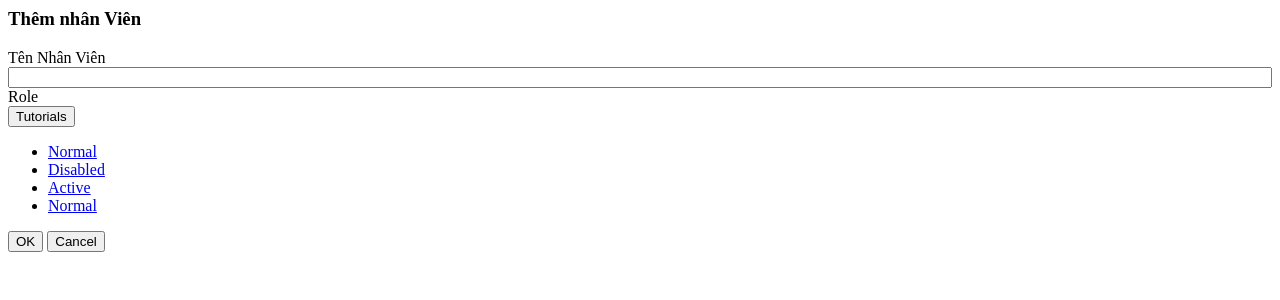
Repository: chickenoken/LuanAn
Page: http://localhost/net/quanLyNhanVienControl
An editor plug-in stored every save of this project. The page is shown before and after the next save, followed by the edit.
The browser window is 1280 px wide. The pictures show the whole page.
The page is served by Tomcat 9. Other server files are loaded and not shown.

Above is the page before, as saved 2019-06-17 09:40:52.

### net/src/main/webapp/WEB-INF/pages/quanLyNhanVienControl.jsp
<div class="modal-header">
  <h3>Thêm nhân Viên</h3>
</div>
<div class="modal-body">
  <div class="row">
    <div class="form-group">
      <div class="col-md-4"><span>Tên Nhân Viên</span></div>
      <div class="col-md-8"><input type="text" ng-model="model.form.control.tenNv" style="width : 100%"></div>
    </div>
  </div>

  <div class="row">
    <div class="form-group">
      <div class="col-md-4"><span>Role</span></div>
      <div class="col-md-8">
		  <div class="dropdown">
		    <button class="btn btn-default dropdown-toggle" type="button" data-toggle="dropdown">Tutorials
		    <span class="caret"></span></button>
		    <ul class="dropdown-menu">
		      <li><a href="#">Normal</a></li>
		      <li class="disabled"><a href="#">Disabled</a></li>
		      <li class="active"><a href="#">Active</a></li>
		      <li><a href="#">Normal</a></li>
		    </ul>
  </div>
      </div>
    </div>
  </div>

</div>
<div class="modal-footer">
    <button class="btn btn-primary" ng-click="ok()">OK</button>
    <button class="btn btn-warning" ng-click="cancel()">Cancel</button>
</div>

### net/src/main/java/org/planning/net/dto/LoginDto.java
package org.planning.net.dto;

import lombok.Getter;
import lombok.Setter;

@Getter
@Setter
public class LoginDto {

    private String maNhanVien;

    private String tenNhanVien;

    private String taiKhoan;

    private String matKhau;

	public String getTaiKhoan() {
        return taiKhoan;
    }

    public void setTaiKhoan(String taiKhoan) {
        this.taiKhoan = taiKhoan;
    }

    public String getMatKhau() {
        return matKhau;
    }

    public void setMatKhau(String matKhau) {
        this.matKhau = matKhau;
    }

    public String getMaNhanVien() {
		return maNhanVien;
	}

	public void setMaNhanVien(String maNhanVien) {
		this.maNhanVien = maNhanVien;
	}

	public String getTenNhanVien() {
		return tenNhanVien;
	}

	public void setTenNhanVien(String tenNhanVien) {
		this.tenNhanVien = tenNhanVien;
	}
}

After the next save:
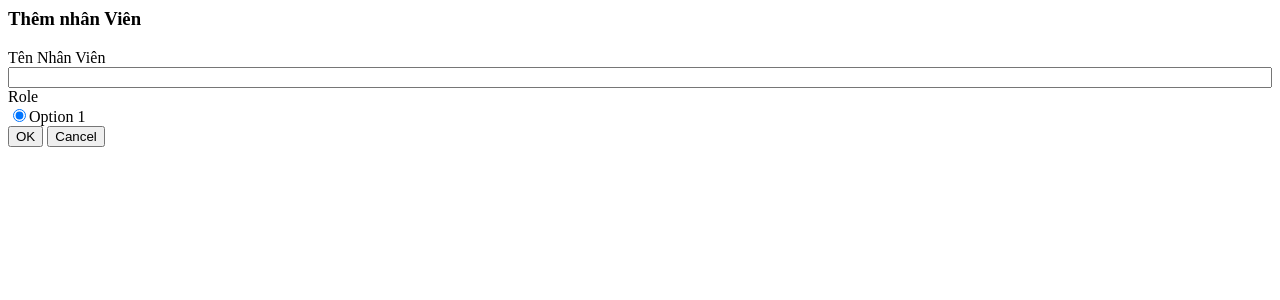
Saved 5 min 18 s later.
--- a/net/src/main/webapp/WEB-INF/pages/quanLyNhanVienControl.jsp
+++ b/net/src/main/webapp/WEB-INF/pages/quanLyNhanVienControl.jsp
@@ -13,16 +13,9 @@
     <div class="form-group">
       <div class="col-md-4"><span>Role</span></div>
       <div class="col-md-8">
-		  <div class="dropdown">
-		    <button class="btn btn-default dropdown-toggle" type="button" data-toggle="dropdown">Tutorials
-		    <span class="caret"></span></button>
-		    <ul class="dropdown-menu">
-		      <li><a href="#">Normal</a></li>
-		      <li class="disabled"><a href="#">Disabled</a></li>
-		      <li class="active"><a href="#">Active</a></li>
-		      <li><a href="#">Normal</a></li>
-		    </ul>
-  </div>
+        <div class="radio">
+          <label><input type="radio" name="optradio" checked>Option 1</label>
+        </div>
       </div>
     </div>
   </div>
